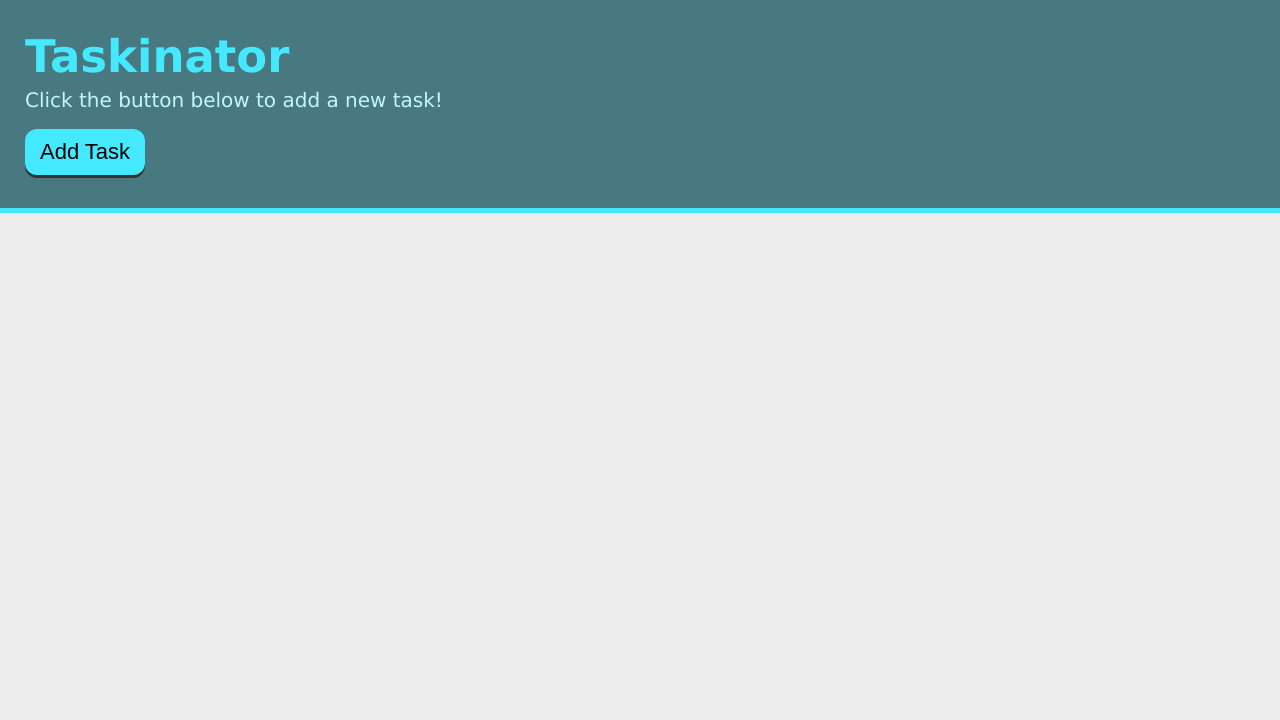
Repository: Naomilounsbury/taskinator
Page: index.html
An editor plug-in stored every save of this project. The page is shown before and after the next save, followed by the edit.
The browser window is 1280 px wide. The pictures show the whole page.

Above is the page before, as saved 2021-11-16 17:23:20.

After the next save:
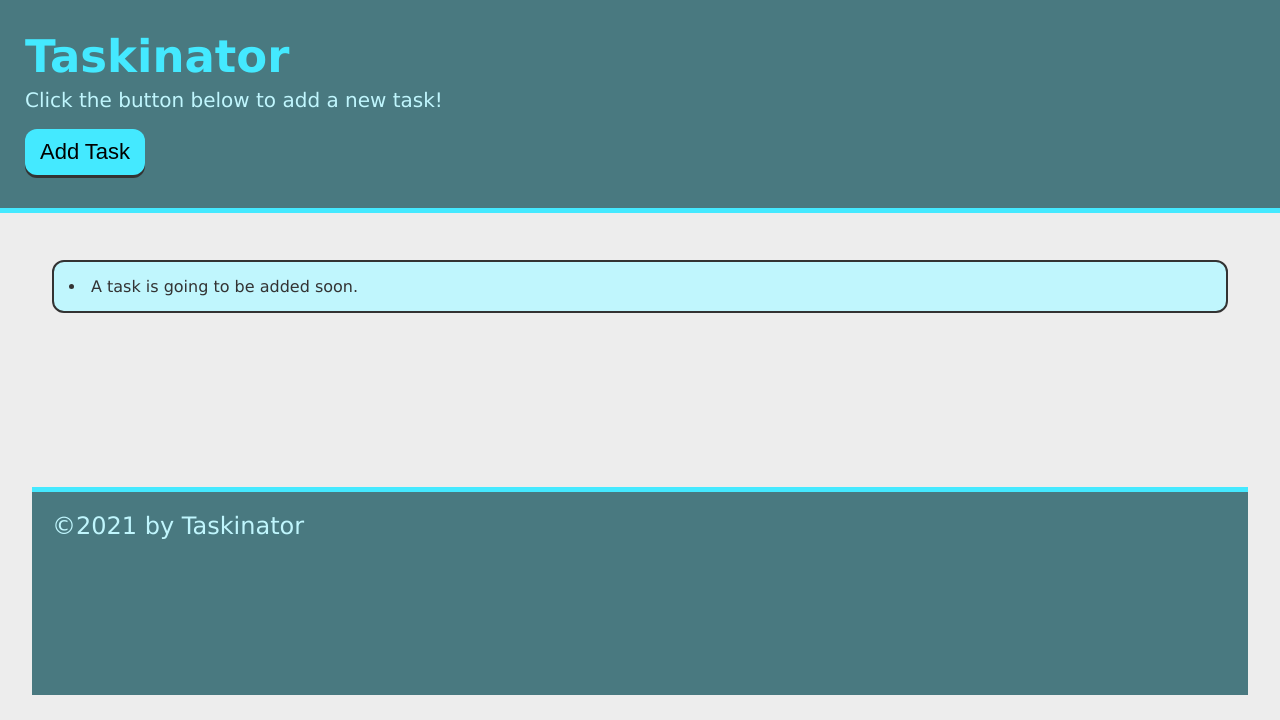
Saved 5 min 13 s later.
--- a/index.html
+++ b/index.html
@@ -17,6 +17,20 @@
             Add Task
         </button>
     </header>
+    <main class="page-content">
+        <section class="task-list-wrapper">
+            <h2 class="list-title"></h2>
+            <ul="task-list">
+                <li class="task-item">A task is going to be added soon.</li>
+
+            </ul>
+        </section>
+    <footer>
+        &copy;2021 by Taskinator
+    </footer>
+
+
+    </main>
  <script src="./assets/js/script.js">
 </script>
 </body>
